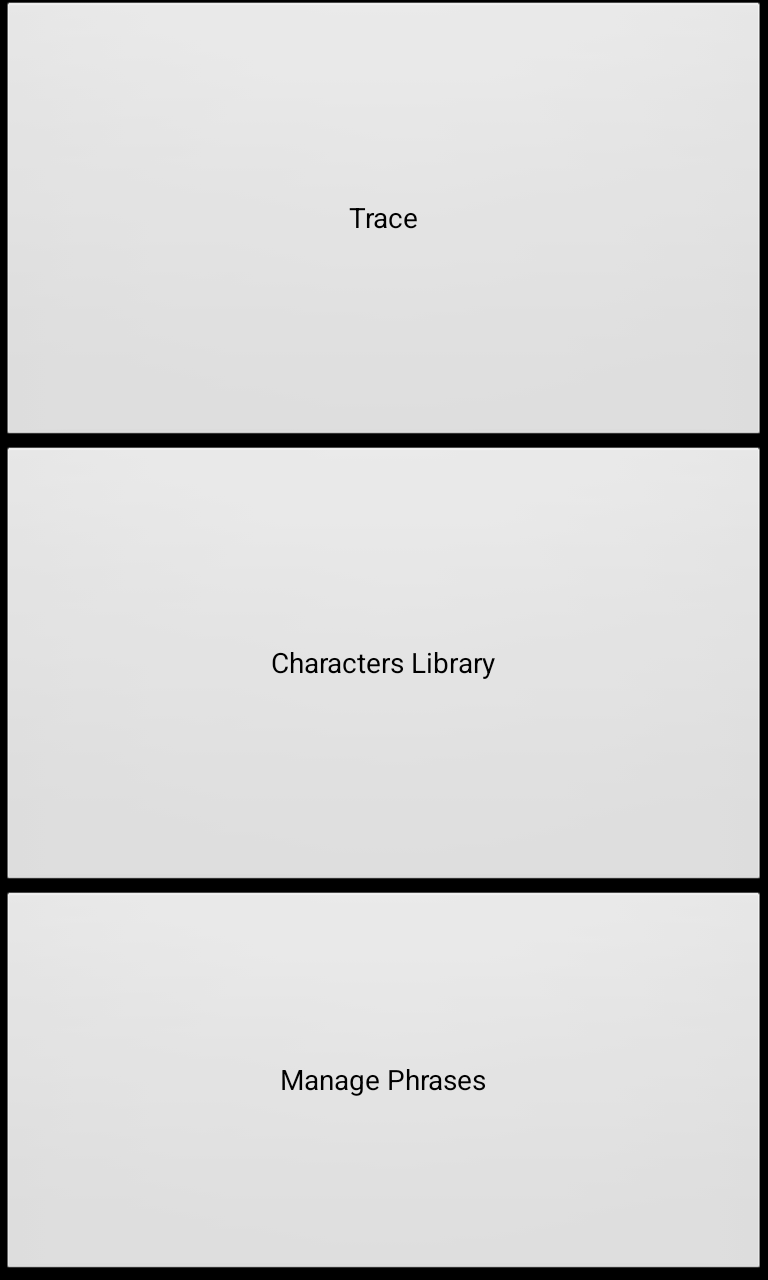
Repository: ljtao/Trace2Learn
Layout: Trace2Learn/res/layout/main.xml
An editor plug-in stored every save of this project. The layout is shown before and after the next save, followed by the edit.
It is drawn on a 768 x 1280 px phone screen (xhdpi) without system bars, with theme android:Theme; the app's code is not run.

Above is the layout before, as saved 2012-04-10 04:43:58.

### Trace2Learn/res/layout/main.xml
<?xml version="1.0" encoding="utf-8"?>


	<LinearLayout xmlns:android="http://schemas.android.com/apk/res/android"
	    android:layout_width="fill_parent"
	    android:layout_height="fill_parent"
	    android:orientation="vertical" >

	    <Button android:id="@+id/trace"
	    android:layout_width="fill_parent"
	    android:layout_height="1dp"
	    android:text="@string/trace_button_title"
	    android:orientation="vertical"
	    android:layout_weight="1"

	    />

	    <Button android:id="@+id/characters"
	    android:layout_width="fill_parent"
	    android:layout_height="1dp"
	    android:text="@string/characters_button_title"
	    android:orientation="vertical"
	    android:layout_weight="1"

	    />
	    <Button
	        android:id="@+id/words"
	        android:layout_width="fill_parent"
	        android:layout_height="wrap_content"
	        android:layout_weight="0.66"
	        android:text="@string/words_button_title" />

	</LinearLayout>

### Trace2Learn/res/values/strings.xml
<?xml version="1.0" encoding="utf-8"?>
<resources>

    <string name="hello">Hello World!</string>
    <string name="app_name">TouchPaint</string>
    <string name="formal_name">Trace2Learn</string>
    <string name="trace_name">Trace2Learn</string>
    <string name="save_button_title">Save</string>
    <string name="save_popup_title">Save Character</string>
    <string name="save_popup_prompt">To save this character to the database, type the character name and click Yes.</string>
    <string name="characters_button_title">Characters Library</string>
    <string name="trace_button_title">Trace</string>
    <string name="back_button_title">Back</string>
    <string name="clear_button_title">Clear</string>
    <string name="adder">Add Character to Phrase</string>
    <string name="phrase_finish">Add Phrase </string>
    <string name="words_button_title">Manage Phrases</string>
    <string name="drawChar_button_title">Draw It!</string>
    <string name="prevchar">prev</string>
    <string name="nextchar">next</string>
    <string name="exitlesson">Quit Lesson</string>

</resources>

After the next save:
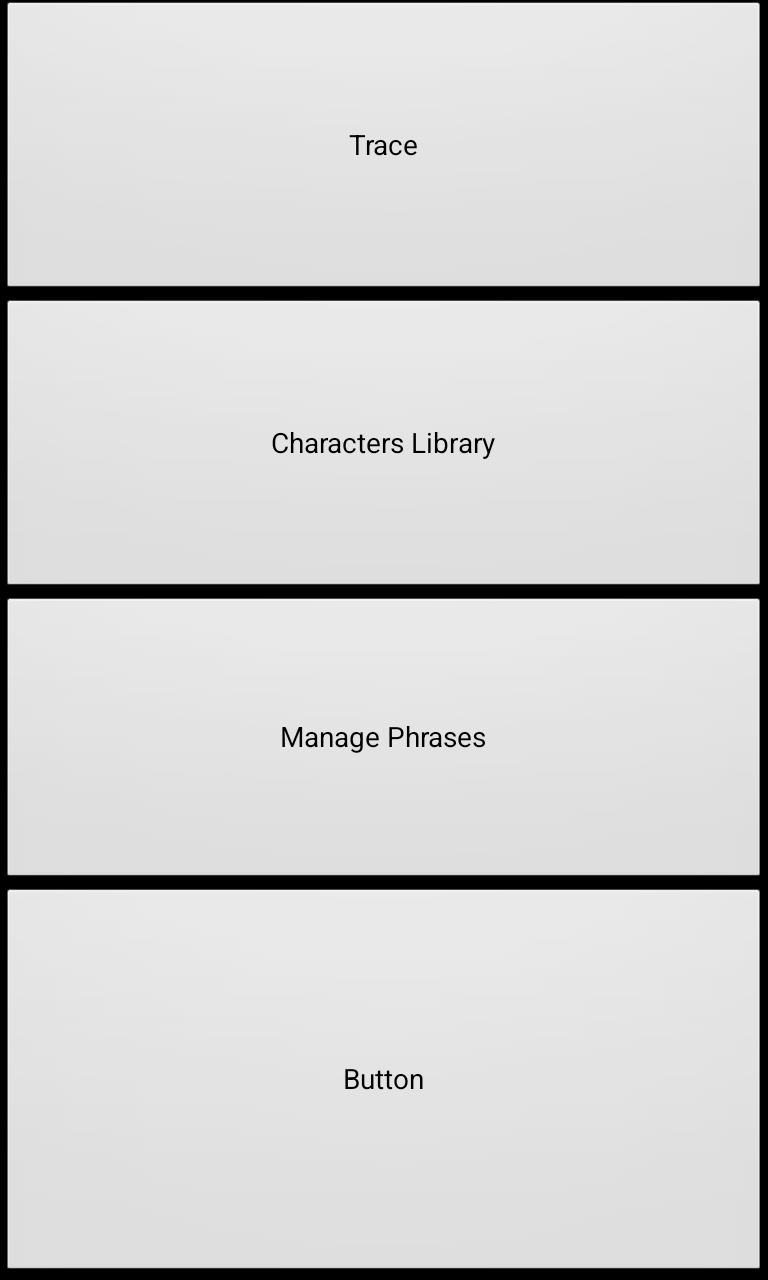
Saved 63 s later.
--- a/Trace2Learn/res/layout/main.xml
+++ b/Trace2Learn/res/layout/main.xml
@@ -30,4 +30,12 @@
 	        android:layout_weight="0.66"
 	        android:text="@string/words_button_title" />
 
+
+	    <Button
+	        android:id="@+id/button1"
+	        android:layout_width="fill_parent"
+	        android:layout_height="wrap_content"
+	        android:layout_weight="1.00"
+	        android:text="Button" />
+
 	</LinearLayout>
